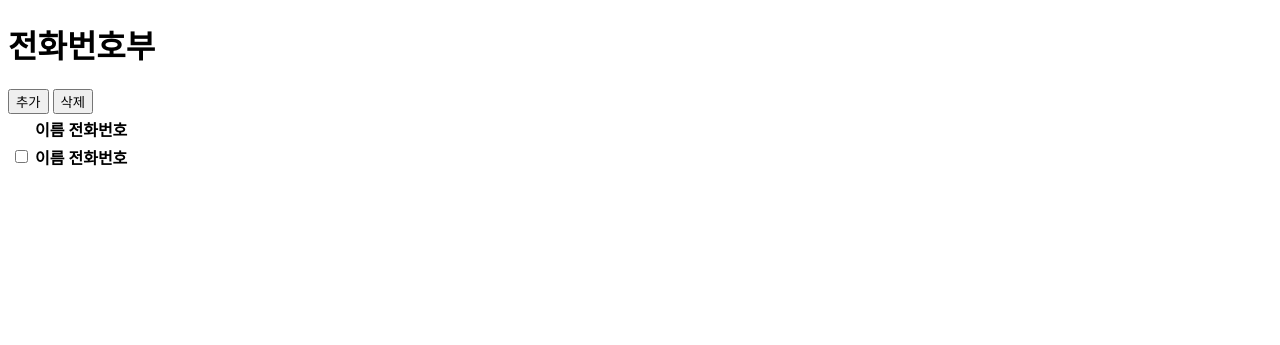
Repository: limjh0513/DGSW_JAVA
Page: 2학기/JAVA_WEB/web/src/main/webapp/phoneBook/phoneBook.html
These files come from the project's save history. The page is drawn as it stood at one moment and after the next save; the edit follows.
The browser window is 1280 px wide. The pictures show the whole page.

Above is the page before, as saved 2021-11-03 02:05:35.

After the next save:
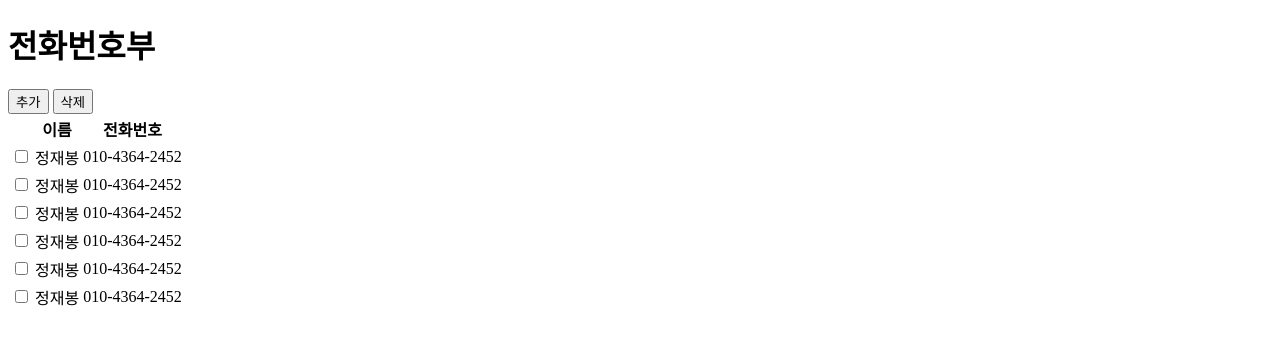
Saved 72 s later.
--- a/2학기/JAVA_WEB/web/src/main/webapp/phoneBook/phoneBook.html
+++ b/2학기/JAVA_WEB/web/src/main/webapp/phoneBook/phoneBook.html
@@ -21,10 +21,40 @@
 				</tr>
 			</thead>
 			<tbody>
-			<tr>
-					<th><input type="checkbox"/></th>
-					<th>이름</th>
-					<th>전화번호</th>
+				<tr>
+					<td><input type="checkbox" /></td>
+					<td>정재봉</td>
+					<td>010-4364-2452</td>
+				</tr>
+			<tbody>
+				<tr>
+					<td><input type="checkbox" /></td>
+					<td>정재봉</td>
+					<td>010-4364-2452</td>
+				</tr>
+			<tbody>
+				<tr>
+					<td><input type="checkbox" /></td>
+					<td>정재봉</td>
+					<td>010-4364-2452</td>
+				</tr>
+			<tbody>
+				<tr>
+					<td><input type="checkbox" /></td>
+					<td>정재봉</td>
+					<td>010-4364-2452</td>
+				</tr>
+			<tbody>
+				<tr>
+					<td><input type="checkbox" /></td>
+					<td>정재봉</td>
+					<td>010-4364-2452</td>
+				</tr>
+			<tbody>
+				<tr>
+					<td><input type="checkbox" /></td>
+					<td>정재봉</td>
+					<td>010-4364-2452</td>
 				</tr>
 			</tbody>
 		</table>
